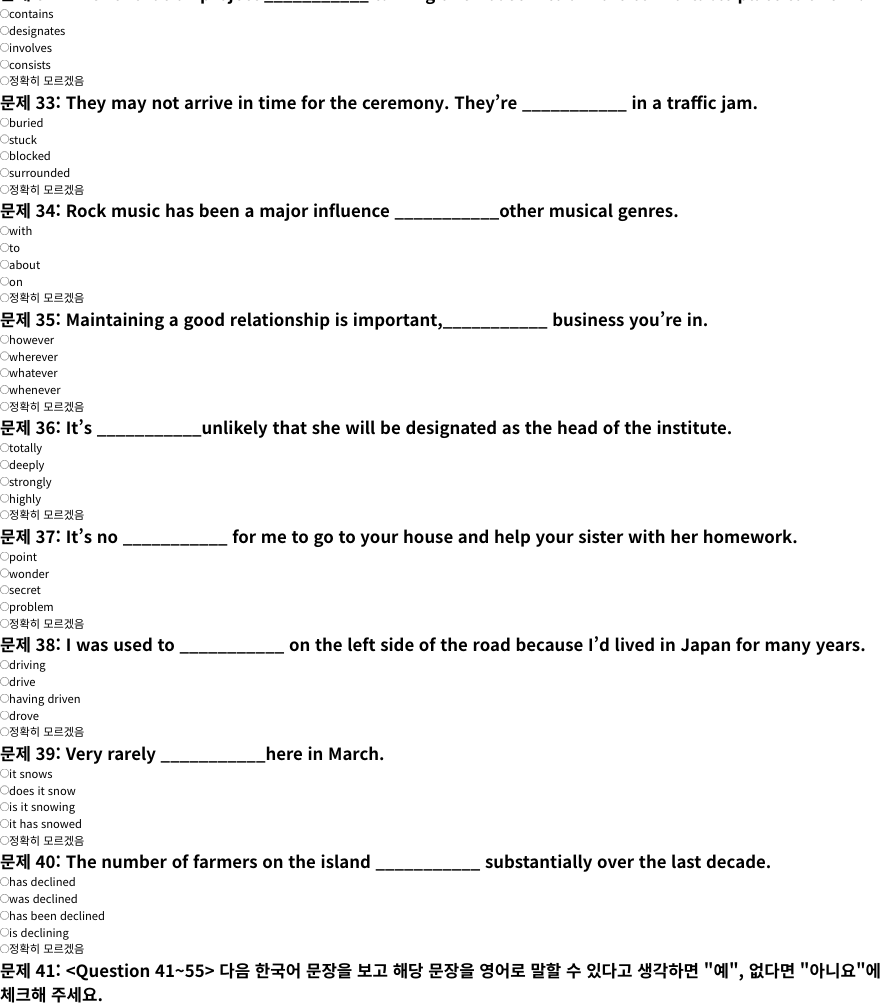
Repository: kmdy7991/Project-TeddyBear
Page: /cefrtest (app in project/)
An editor plug-in stored every save of this project. The page is shown before and after the next save, followed by the edit.
The browser window is 1280 px wide. The pictures show the part of the page from y = 4580 to 6500 px (the page is 6017 px tall before and 7262 px after), at 70% of full size.
Some web libraries are served in a nearby version. The project was rebuilt for these pictures with package versions that can differ from the ones it lists, and the page was loaded fresh each time. Also part of the build but not shown: project/src/pages/Login/Login.tsx, project/src/pages/Login/TestGuide.module.css, project/src/pages/Login/TestGuide.tsx, project/src/pages/Login/profil.module.css, project/src/pages/Login/Profil.tsx, project/src/components/Nav/Nav.module.css, project/src/components/Nav/Nav.tsx, project/src/components/Slider/Arrow.css and 36 more.

Above is the page before, as saved 2024-03-25 05:02:19.

### project/public/index.html
<!DOCTYPE html>
<html lang="ko">
  <head>
    <meta charset="utf-8" />
    <link rel="icon" href="%PUBLIC_URL%/favicon.ico" />
    <meta name="viewport" content="width=device-width, initial-scale=1" />
    <style>
      * {
        margin: 0;
        padding: 0;
        font-family: Poppins, "Noto Sans KR", sans-serif;
      }
    </style>
    <link rel="preconnect" href="https://fonts.googleapis.com" />
    <link rel="preconnect" href="https://fonts.gstatic.com" crossorigin />
    <link
      href="https://fonts.googleapis.com/css2?family=Noto+Sans+KR:wght@400;700&display=swap"
      rel="stylesheet"
    />
    <link
      rel="stylesheet"
      type="text/css"
      charset="UTF-8"
      href="https://cdnjs.cloudflare.com/ajax/libs/slick-carousel/1.6.0/slick.min.css"
    />
    <link
      rel="stylesheet"
      type="text/css"
      href="https://cdnjs.cloudflare.com/ajax/libs/slick-carousel/1.6.0/slick-theme.min.css"
    />
    <title>React App</title>
  </head>
  <body>
    <div id="root"></div>
  </body>
</html>

### project/src/index.tsx
import React from "react";
import ReactDOM from "react-dom/client";
import "./index.css";
import App from "./App";

const root = ReactDOM.createRoot(
  document.getElementById("root") as HTMLElement
);
root.render(
  // <React.StrictMode>
  <App />
  // </React.StrictMode>
);

### project/src/App.tsx
import styles from "./App.module.css";
import { QueryClient, QueryClientProvider } from "react-query";
import { ReactQueryDevtools } from "react-query/devtools";
import { BrowserRouter, Routes, Route } from "react-router-dom";
import Login from "./pages/Login/Login";
import Testguide from "./pages/Login/TestGuide";
import Profil from "./pages/Login/Profil";
import CefrTest from "./pages/Login/CefrTest";
import Main from "./pages/Main/Main";
import MyLecture from "./pages/MyPage/MyLecture/MyLecture";
import Statistics from "./pages/MyPage/Statstics/Statstics";
import MyNote from "./pages/MyPage/MyNote/MyNote";
import Search from "./pages/Search/Search";
import Test from "./pages/Test/Test";
import VocabularyList from "./pages/VocabularyList/VocabularyList";
import MyVocabulary from "./pages/VocabularyList/MyVocabulary";
import ClassVocabulary from "./pages/VocabularyList/ClassVocabulary";
import VideoDetail from "./pages/Video/VideoDetail";
import Nav from "./components/Nav/Nav";
import LandingPage from "./pages/Landing/LandingPage";
function App() {
  const queryClient = new QueryClient();
  return (
    <QueryClientProvider client={queryClient}>
      <BrowserRouter>
        <div className={styles.App}>
          {/* <Nav className={styles.Nav} /> */}
          <Routes>
            <Route path="/login" element={<Login />} />
            <Route path='/testguide' element={<Testguide/>} />
            <Route path="/profil" element={<Profil/>}/>
            <Route path="/cefrtest" element={<CefrTest/>}/>
            <Route path="/" element={<Main />} />
            <Route path="mypage" element={<Statistics />}>
              <Route path="myLecture" element={<MyLecture />} />
              <Route path="myNote" element={<MyNote />} />
            </Route>
            <Route path="search" element={<Search />} />
            <Route path="test" element={<Test />} />
            <Route path="vocalist" element={<VocabularyList />}>
              <Route path="myvoca" element={<MyVocabulary />} />
              <Route path="classvoca" element={<ClassVocabulary />} />
            </Route>
            <Route path="videoDetail" element={<VideoDetail />} />
            <Route path="landing" element={<LandingPage />} />
          </Routes>
        </div>
      </BrowserRouter>
    </QueryClientProvider>
  );
}

export default App;

### project/src/App.module.css
.App {
  /* display: flex; */
  height: 100vh;
}

.Nav {
  /* position: fixed; */
  top: 1rem;
  height: 10%;
}

### project/src/pages/Login/CefrTest.tsx
import React, { useState, useEffect } from 'react';

// 문제와 답변 타입 정의
type Question = {
  id: number;
  question: string;
  options: string[];
  answer: number | null; // 정답의 인덱스 answer 필드를 선택적으로 만들고, number 또는 null을 허용
  score: number; // 이 문제의 점수
};

// 퀴즈 데이터 예시
const questions: Question[] = [

  {
    id: 1,
    question: "What ___________ your name?",
    options: ["is", "am", "are", "정확히 모르겠음"],
    answer: 0,
    score: 1,
  },
  {
    id: 2,
    question: "He has ___________ house in Paris.",
    options: ["any", "a", "an", "정확히 모르겠음"],
    answer: 1,
    score: 1,
  },
  {
    id: 3,
    question: "I work in a ___________. I’m a nurse.",
    options: ["hospital", "hotel", "supermarket", "정확히 모르겠음"],
    answer: 0,
    score: 1,
  },
  {
    id: 4,
    question: "This is my brother. ___________ name is Paul .",
    options: ["His", "Her", "He's", "정확히 모르겠음"],
    answer: 0,
    score: 1,
  },
  {
    id: 5,
    question: "___________ many people in the park.",
    options: ["They are", "There is", "There are", "정확히 모르겠음"],
    answer: 2,
    score: 1,
  },
  {
    id: 6,
    question: "I go to school  ___________ 7 o’clock in the morning.",
    options: ["for", "at", "in", "정확히 모르겠음"],
    answer: 1,
    score: 1,
  },
  {
    id: 7,
    question: "___________ Jack speak German?",
    options: ["Do", "Does", "He", "정확히 모르겠음"],
    answer: 1,
    score: 1,
  },
  {
    id: 8,
    question: "Are___________ your glasses?",
    options: ["this", "those", "that", "정확히 모르겠음"],
    answer: 1,
    score: 1,
  },
  {
    id: 9,
    question: "A: Where are your books?  B: They're ___________ the table.",
    options: ["at", "on", "in", "정확히 모르겠음"],
    answer: 1,
    score: 1,
  },
  {
    id: 10,
    question: "Do you want to ___________ TV at home?",
    options: ["see", "look", "watch", "정확히 모르겠음"],
    answer: 2,
    score: 1,
  },
  {
    id: 11,
    question: "I'd like to buy ___________ oranges for my mother.",
    options: ["some", "any", "a", "정확히 모르겠음"],
    answer: 0,
    score: 1,
  },
  {
    id: 12,
    question: "___________ ever seen a rainbow in your life?",
    options: ["Did you", "Are you", "Have you", "정확히 모르겠음"],
    answer: 2,
    score: 1,
  },
  {
    id: 13,
    question: "If you ___________ a book from a friend, you should return it as soon as possible.",
    options: ["borrow", "earn", "spend", "lend", "정확히 모르겠음"],
    answer: 0,
    score: 1,
  },
  {
    id: 14,
    question: "Taking care of a pet is as difficult ___________ taking care of a baby.",
    options: ["like", "so", "than", "as", "정확히 모르겠음"],
    answer: 3,
    score: 1,
  },
  {
    id: 15,
    question: "Helen isn't home. She ___________ an hour ago to see her friends.",
    options: ["went out", "had gone out", "has gone out", "has been out", "정확히 모르겠음"],
    answer: 0,
    score: 1,
  },
  {
    id: 16,
    question: "When I was a child, I ___________ play basketball with my dad in our backyard.",
    options: ["will", "used to", "have", "does", "정확히 모르겠음"],
    answer: 1,
    score: 1,
  },
  {
    id: 17,
    question: "Have you finished ___________ the laundry yet?",
    options: ["to do", "does", "doing", "being", "정확히 모르겠음"],
    answer: 2,
    score: 1,
  },
  {
    id: 18,
    question: "This is terrible. I've looked ___________, but I can't find my purse.",
    options: ["nowhere", "anywhere", "everywhere", "somewhere", "정확히 모르겠음"],
    answer: 2,
    score: 1,
  },
  {
    id: 19,
    question: "I ___________ in front of a bank when a man in a fancy suit got out of a black car.",
    options: ["stood", "was standing", "have stood", "am standing", "정확히 모르겠음"],
    answer: 1,
    score: 1,
  },
  {
    id: 20,
    question: "I've ___________ finished painting the door. It looks awesome!",
    options: ["still", "yet", "just", "only", "정확히 모르겠음"],
    answer: 2,
    score: 1,
  },
  {
    id: 21,
    question: "My supervisor encouraged me ___________ a plan for the new program.",
    options: ["set up", "setting up", "have set up", "to set up", "정확히 모르겠음"],
    answer: 3,
    score: 1,
  },
  {
    id: 22,
    question: "John ___________ living in this neighborhood since he was a school boy.",
    options: ["is", "was", "has been", "is being", "정확히 모르겠음"],
    answer: 2,
    score: 1,
  },
  {
    id: 23,
    question: "I was wondering ___________ I could borrow your pen.",
    options: ["what", "if", "that", "how", "정확히 모르겠음"],
    answer: 1,
    score: 1,
  },
  {
    id: 24,
    question: "I wish I had someone to look ___________.",
    options: ["up to", "with", "upon", "down", "정확히 모르겠음"],
    answer: 0,
    score: 1,
  },
  {
    id: 25,
    question: "That beautiful sunset ___________ me of my honeymoon in Hawaii.",
    options: ["remembers", "realizes", "recognizes", "reminds", "정확히 모르겠음"],
    answer: 3,
    score: 1,
  },
  {
    id: 26,
    question: "A: How about drinking beer tonight after work?  B: There's no ___________ I'm drinking again tonight.",
    options: ["hope", "way", "time", "opportunity", "정확히 모르겠음"],
    answer: 1,
    score: 1,
  },
  {
    id: 27,
    question: "They were surprised that the boy was kidnapped in ___________ daylight.",
    options: ["wide", "broad", "large", "open", "정확히 모르겠음"],
    answer: 1,
    score: 1,
  },
  {
    id: 28,
    question: "He turned ___________to be considerably older than I had imagined.",
    options: ["over", "up", "out", "round", "정확히 모르겠음"],
    answer: 2,
    score: 1,
  },
  {
    id: 29,
    question: "The windows in this house are in urgent ___________of replacement.",
    options: ["need", "help", "want", "demand", "정확히 모르겠음"],
    answer: 0,
    score: 1,
  },
  {
    id: 30,
    question: "Surveillance cameras ___________ proven to lower crime rates.",
    options: ["have to be", "were being", "have been", "are being", "정확히 모르겠음"],
    answer: 2,
    score: 1,
  },
  {
    id: 31,
    question: "Life is a ___________ deal easier for those who have many friends to rely on.",
    options: ["far", "huge", "big", "great", "정확히 모르겠음"],
    answer: 0,
    score: 1,
  },
  {
    id: 32,
    question: "This renovation project ___________ turning this house into a more comfortable place to live in.",
    options: ["contains", "designates", "involves", "consists", "정확히 모르겠음"],
    answer: 2,
    score: 1,
  },
  {
    id: 33,
    question: "They may not arrive in time for the ceremony. They’re ___________ in a traffic jam.",
    options: ["buried", "stuck", "blocked", "surrounded", "정확히 모르겠음"],
    answer: 1,
    score: 1,
  },
  {
    id: 34,
    question: "Rock music has been a major influence ___________other musical genres.",
    options: ["with", "to", "about", "on", "정확히 모르겠음"],
    answer: 3,
    score: 1,
  },
  {
    id: 35,
    question: "Maintaining a good relationship is important,___________ business you’re in.",
    options: ["however", "wherever", "whatever", "whenever", "정확히 모르겠음"],
    answer: 2,
    score: 1,
  },
  {
    id: 36,
    question: "It’s ___________unlikely that she will be designated as the head of the institute.",
    options: ["totally", "deeply", "strongly", "highly", "정확히 모르겠음"],
    answer: 3,
    score: 1,
  },
  {
    id: 37,
    question: "It’s no ___________ for me to go to your house and help your sister with her homework.",
    options: ["point", "wonder", "secret", "problem", "정확히 모르겠음"],
    answer: 3,
    score: 1,
  },
  {
    id: 38,
    question: "I was used to ___________ on the left side of the road because I’d lived in Japan for many years.",
    options: ["driving", "drive", "having driven", "drove", "정확히 모르겠음"],
    answer: 0,
    score: 1,
  },
  {
    id: 39,
    question: "Very rarely ___________here in March.",
    options: ["it snows", "does it snow", "is it snowing", "it has snowed", "정확히 모르겠음"],
    answer: 1,
    score: 1,
  },
  {
    id: 40,
    question: "The number of farmers on the island ___________ substantially over the last decade.",
    options: ["has declined", "was declined", "has been declined", "is declining", "정확히 모르겠음"],
    answer: 0,
    score: 1,
  },
  {
    id: 40.5, // 실제 문제가 아니라 설명을 위한 임시 ID 할당
    question: "<Question 41~55> 다음 한국어 문장을 보고 해당 문장을 영어로 말할 수 있다고 생각하면 \"예\", 없다면 \"아니요\"에 체크해 주세요.",
    options: [], // 설명이므로 옵션 없음
    answer: null, // 설명이므로 정답 없음
    score: 0, // 설명이므로 점수 없음
  },

];

const CefrTest: React.FC = () => {
  const [selectedAnswers, setSelectedAnswers] = useState<(number | null)[]>(new Array(questions.length).fill(null));
  const [score, setScore] = useState(0);

  useEffect(() => {
    const allQuestionsAnswered = selectedAnswers.every((answer) => answer !== null);
    if (allQuestionsAnswered) {
      // 모든 문제에 대한 답변이 완료되면 점수 확인 페이지로 이동
      // 여기서 점수 확인 페이지로 이동하는 로직을 구현하세요.
    }
  }, [selectedAnswers]);

  const handleAnswerSelection = (questionIndex: number, selectedAnswer: number) => {
    const newSelectedAnswers = [...selectedAnswers];
    newSelectedAnswers[questionIndex] = selectedAnswer;
    setSelectedAnswers(newSelectedAnswers);
  };

  return (
    <div>
      {questions.map((question, index) => (
        <div key={question.id}>
          <h2>문제 {index + 1}: {question.question}</h2>
          {question.options.map((option, optionIndex) => (
            <div key={optionIndex}>
              <input
                type="radio"
                id={`option_${index}_${optionIndex}`}
                name={`option_${index}`}
                value={optionIndex}
                checked={selectedAnswers[index] === optionIndex}
                onChange={() => handleAnswerSelection(index, optionIndex)}
              />
              <label htmlFor={`option_${index}_${optionIndex}`}>{option}</label>
            </div>
          ))}
        </div>
      ))}
    </div>
  );
};

export default CefrTest;

Loaded but not shown: project/src/index.css (no stored copy; drawn as an empty file)

After the next save:
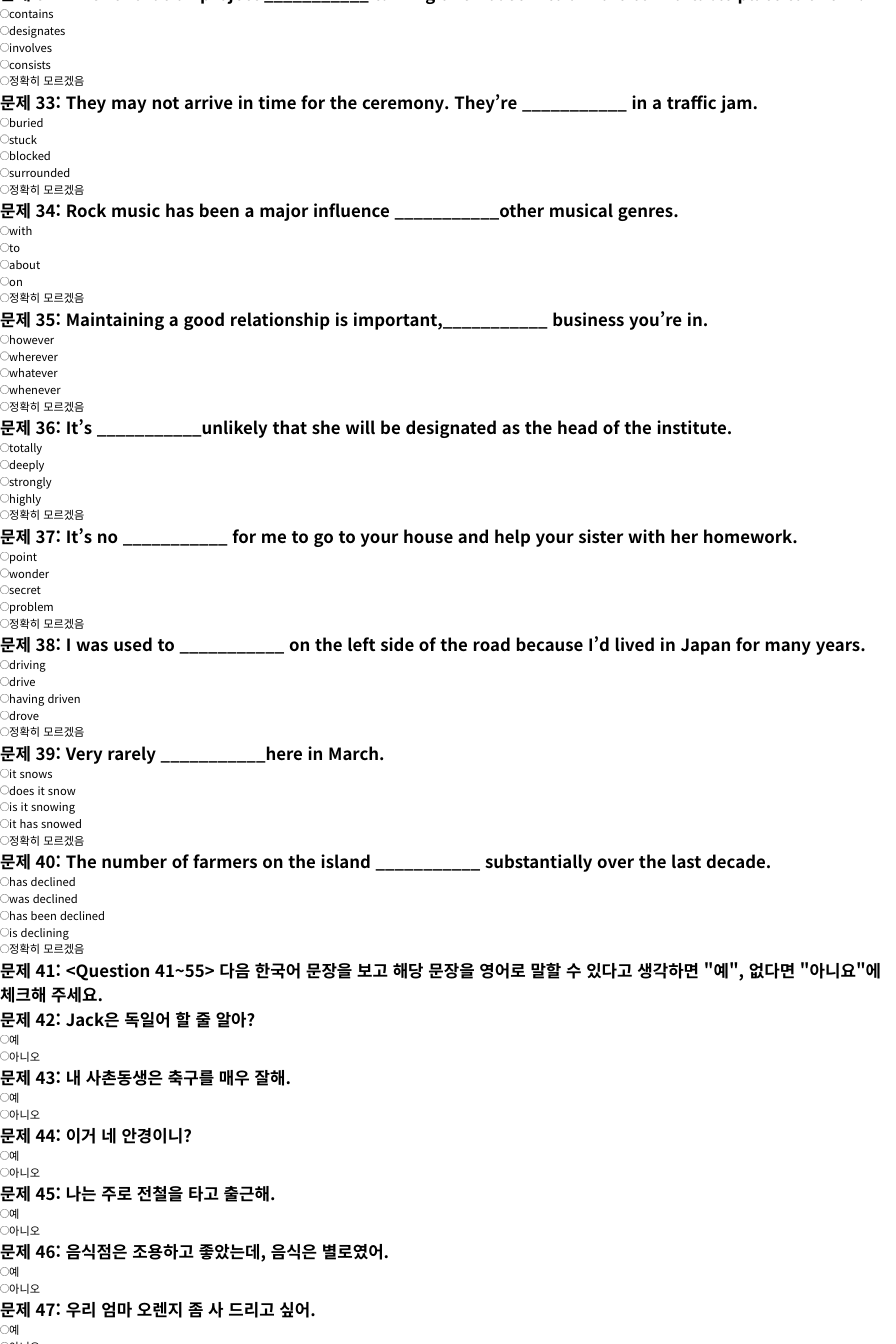
Saved 64 s later.
--- a/project/src/pages/Login/CefrTest.tsx
+++ b/project/src/pages/Login/CefrTest.tsx
@@ -5,7 +5,7 @@ type Question = {
   id: number;
   question: string;
   options: string[];
-  answer: number | null; // 정답의 인덱스 answer 필드를 선택적으로 만들고, number 또는 null을 허용
+  answer: number | null; // 정답의 인덱스 , answer 필드를 선택적으로 만들고, number 또는 null을 허용
   score: number; // 이 문제의 점수
 };
 
@@ -298,6 +298,111 @@ const questions: Question[] = [
     options: [], // 설명이므로 옵션 없음
     answer: null, // 설명이므로 정답 없음
     score: 0, // 설명이므로 점수 없음
+  },
+  {
+    id: 41,
+    question: "Jack은 독일어 할 줄 알아?",
+    options: ["예", "아니오"],
+    answer: 0,
+    score: 2,
+  },
+  {
+    id: 42,
+    question: "내 사촌동생은 축구를 매우 잘해.",
+    options: ["예", "아니오"],
+    answer: 0,
+    score: 2,
+  },
+  {
+    id: 43,
+    question: "이거 네 안경이니?",
+    options: ["예", "아니오"],
+    answer: 0,
+    score: 2,
+  },
+  {
+    id: 44,
+    question: "나는 주로 전철을 타고 출근해.",
+    options: ["예", "아니오"],
+    answer: 0,
+    score: 2,
+  },
+  {
+    id: 45,
+    question: "음식점은 조용하고 좋았는데, 음식은 별로였어.",
+    options: ["예", "아니오"],
+    answer: 0,
+    score: 2,
+  },
+  {
+    id: 46,
+    question: "우리 엄마 오렌지 좀 사 드리고 싶어.",
+    options: ["예", "아니오"],
+    answer: 0,
+    score: 2,
+  },
+  {
+    id: 47,
+    question: "Cecil과 처음으로 말을 한 건 그녀의 생일 파티에서였어.",
+    options: ["예", "아니오"],
+    answer: 0,
+    score: 2,
+  },
+  {
+    id: 48,
+    question: "네가 가고 싶지 않으면 회의에 가지 않아도 돼.",
+    options: ["예", "아니오"],
+    answer: 0,
+    score: 2,
+  },
+  {
+    id: 49,
+    question: "최근에 어디 신나는 데 가 본 적 있어?",
+    options: ["예", "아니오"],
+    answer: 0,
+    score: 2,
+  },
+  {
+    id: 50,
+    question: "그의 제안은 믿을 수 없을 정도로 좋아서 내가 결정을 할 수 없었어.",
+    options: ["예", "아니오"],
+    answer: 0,
+    score: 2,
+  },
+  {
+    id: 51,
+    question: "존경할 만한 사람이 있었으면 좋겠다.",
+    options: ["예", "아니오"],
+    answer: 0,
+    score: 2,
+  },
+  {
+    id: 52,
+    question: "1시간 내로 파리행 비행기를 타야 하는데 그 때까지 못 갈 것 같아.",
+    options: ["예", "아니오"],
+    answer: 0,
+    score: 2,
+  },
+  {
+    id: 53,
+    question: "이거 네 컴퓨터니? 이거 사느라 돈 좀 썼겠다.",
+    options: ["예", "아니오"],
+    answer: 0,
+    score: 2,
+  },
+  {
+    id: 54,
+    question: "그 섬의 농업인 수는 지난 10년 동안 현저히 감소했다.",
+    options: ["예", "아니오"],
+    answer: 0,
+    score: 2,
+  },
+  {
+    id: 55,
+    question: "나는 일본에서 여러 해 살았기 때문에 도로 좌측에서 운전하는 것에 익숙해져 있었다.",
+    options: ["예", "아니오"],
+    answer: 0,
+    score: 2,
   },
 
 ];
